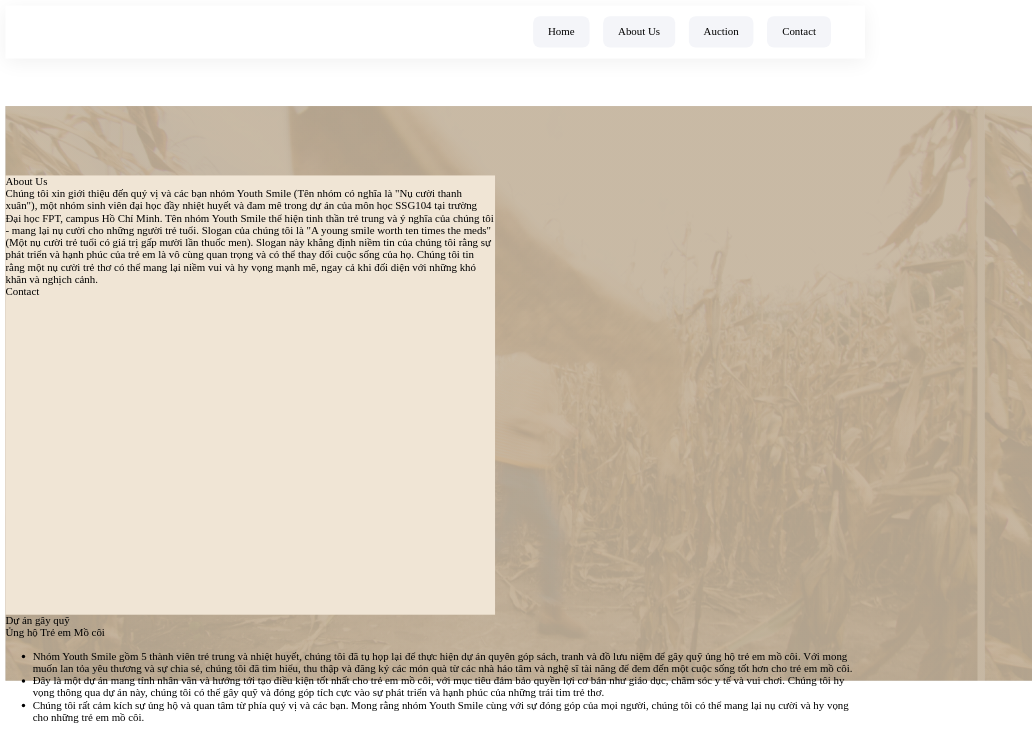
Repository: anatole24/Youth-Smile
Page: about.html
These files come from the project's save history. The page is drawn as it stood at one moment and after the next save; the edit follows.
The browser window is 1280 px wide. The page is 1518 px wide, so the pictures cover 1518 px, including what lies to the right of the window. The pictures show the whole page, at 68% of full size.
Some web fonts or font styles are not loaded; a fallback is used.

Above is the page before, as saved 2023-06-29 14:18:24.

### about.html
<!DOCTYPE html>
<head>
  <meta charset="UTF-8">
  <meta http-equiv="X-UA-Compatible" content="IE=edge">
  <meta name="viewport" content="width=device-width, initial-scale=1.0">
  <link rel="stylesheet" href="https://cdnjs.cloudflare.com/ajax/libs/font-awesome/6.4.0/css/all.min.css" integrity="sha512-iecdLmaskl7CVkqkXNQ/ZH/XLlvWZOJyj7Yy7tcenmpD1ypASozpmT/E0iPtmFIB46ZmdtAc9eNBvH0H/ZpiBw==" crossorigin="anonymous" referrerpolicy="no-referrer">
  <link rel="preconnect" href="https://fonts.googleapis.com">
  <link rel="preconnect" href="https://fonts.gstatic.com" crossorigin="">
  <link href="https://fonts.googleapis.com/css2?family=Dancing+Script&amp;family=Geologica&amp;family=Kaushan+Script&amp;family=Lobster&amp;family=Marck+Script&amp;family=Merienda&amp;family=Patrick+Hand&amp;family=Patrick+Hand+SC&amp;family=Playball&amp;family=Roboto&amp;family=Roboto+Condensed&amp;display=swap" rel="stylesheet">
  <link rel="stylesheet" href="header.css">
  <link rel="stylesheet" href="about.css">
  <title>About Us</title>
  <body>
    <div class="header">
      <div class="header_container">
        <div class="header_list"><a class="header_item" href="./index.html">Home</a><a class="header_item" href="./about.html">About Us</a><a class="header_item" href="./auction.html">Auction</a><a class="header_item" href="./contact.html">Contact</a></div>
      </div>
    </div>
    <section class="about">
      <div class="about-top">
        <div class="top-img"></div>
        <div class="top-left">
          <div class="left-title">About Us</div>
          <div class="left-content">Chúng tôi xin giới thiệu đến quý vị và các bạn nhóm Youth Smile (Tên nhóm có nghĩa là "Nụ cười thanh xuân"), một nhóm sinh viên đại học đầy nhiệt huyết và đam mê trong dự án của môn học SSG104 tại trường Đại học FPT, campus Hồ Chí Minh. Tên nhóm Youth Smile thể hiện tinh thần trẻ trung và ý nghĩa của chúng tôi - mang lại nụ cười cho những người trẻ tuổi. Slogan của chúng tôi là "A young smile worth ten times the meds" (Một nụ cười trẻ tuổi có giá trị gấp mười lần thuốc men). Slogan này khẳng định niềm tin của chúng tôi rằng sự phát triển và hạnh phúc của trẻ em là vô cùng quan trọng và có thể thay đổi cuộc sống của họ. Chúng tôi tin rằng một nụ cười trẻ thơ có thể mang lại niềm vui và hy vọng mạnh mẽ, ngay cả khi đối diện với những khó khăn và nghịch cảnh.</div><a class="left-button" href="./contact.html">Contact</a>
        </div>
        <div class="top-right"></div>
        <div class="top-image"></div>
      </div>
      <div class="about-center">
        <div class="center-img"></div>
        <div class="center-left"> </div>
        <div class="center-right">
          <div class="right-title">Dự án gây quỹ </div>
          <div class="right-title2">Ủng hộ Trẻ em Mồ côi</div>
          <div class="right-content">
            <ul>
              <li>Nhóm Youth Smile gồm 5 thành viên trẻ trung và nhiệt huyết, chúng tôi đã tụ họp lại để thực hiện dự án quyên góp sách, tranh và đồ lưu niệm để gây quỹ ủng hộ trẻ em mồ côi. Với mong muốn lan tỏa yêu thương và sự chia sẻ, chúng tôi đã tìm hiểu, thu thập và đăng ký các món quà từ các nhà hảo tâm và nghệ sĩ tài năng để đem đến một cuộc sống tốt hơn cho trẻ em mồ côi.</li>
              <li>Đây là một dự án mang tính nhân văn và hướng tới tạo điều kiện tốt nhất cho trẻ em mồ côi, với mục tiêu đảm bảo quyền lợi cơ bản như giáo dục, chăm sóc y tế và vui chơi. Chúng tôi hy vọng thông qua dự án này, chúng tôi có thể gây quỹ và đóng góp tích cực vào sự phát triển và hạnh phúc của những trái tim trẻ thơ.</li>
              <li>Chúng tôi rất cảm kích sự ủng hộ và quan tâm từ phía quý vị và các bạn. Mong rằng nhóm Youth Smile cùng với sự đóng góp của mọi người, chúng tôi có thể mang lại nụ cười và hy vọng cho những trẻ em mồ côi.</li>
            </ul>
          </div>
        </div>
      </div>
    </section>
  </body>
</head>

### header.css
:root {
  --primary-color: #c08d18bb;
}
body {
  overflow-x: hidden;
}
a {
  text-decoration: none;
  color: inherit;
}
button {
  cursor: pointer;
  outline: none;
  font: inherit;
  background-color: transparent;
  border: none;
}

.header {
  background-color: white;
  padding: 16px 0;
  box-shadow: 0px 6px 30px 0px rgba(15, 15, 15, 0.06);
  margin-bottom: 70px;
}
.header_container {
  margin: 0 auto;
}
.header_list {
  margin-right: 50px;
  display: flex;
  align-items: center;
  justify-content: flex-end;
  gap: 20px;
  flex-direction: row;
  flex-wrap: nowrap;
}
.header_item {
  padding: 14px 22px;
  border-radius: 10px;
  background-color: #f4f5f9;
  display: block;
  transition: background-color 0.2s linear, color 0.25s ease-in;
}
.header_item:hover {
  background-color: #c08d18bb;
  color: white;
}

### about.css
:root {
  --primary-color: #77472d;
  --second-color: #f0e5d5;
}
.top-img {
  width: 1510px;
  height: 845px;
  flex-shrink: 0;
  background: linear-gradient(
      0deg,
      rgba(234, 232, 218, 0.01) 0%,
      rgba(234, 232, 218, 0.01) 100%
    ),
    url("./images/a-back.png"), lightgray 50% / cover no-repeat;
}
.top-left {
  width: 720px;
  height: 646px;
  margin-top: -743px;
  flex-shrink: 0;
  background: #f0e5d5;
}

After the next save:
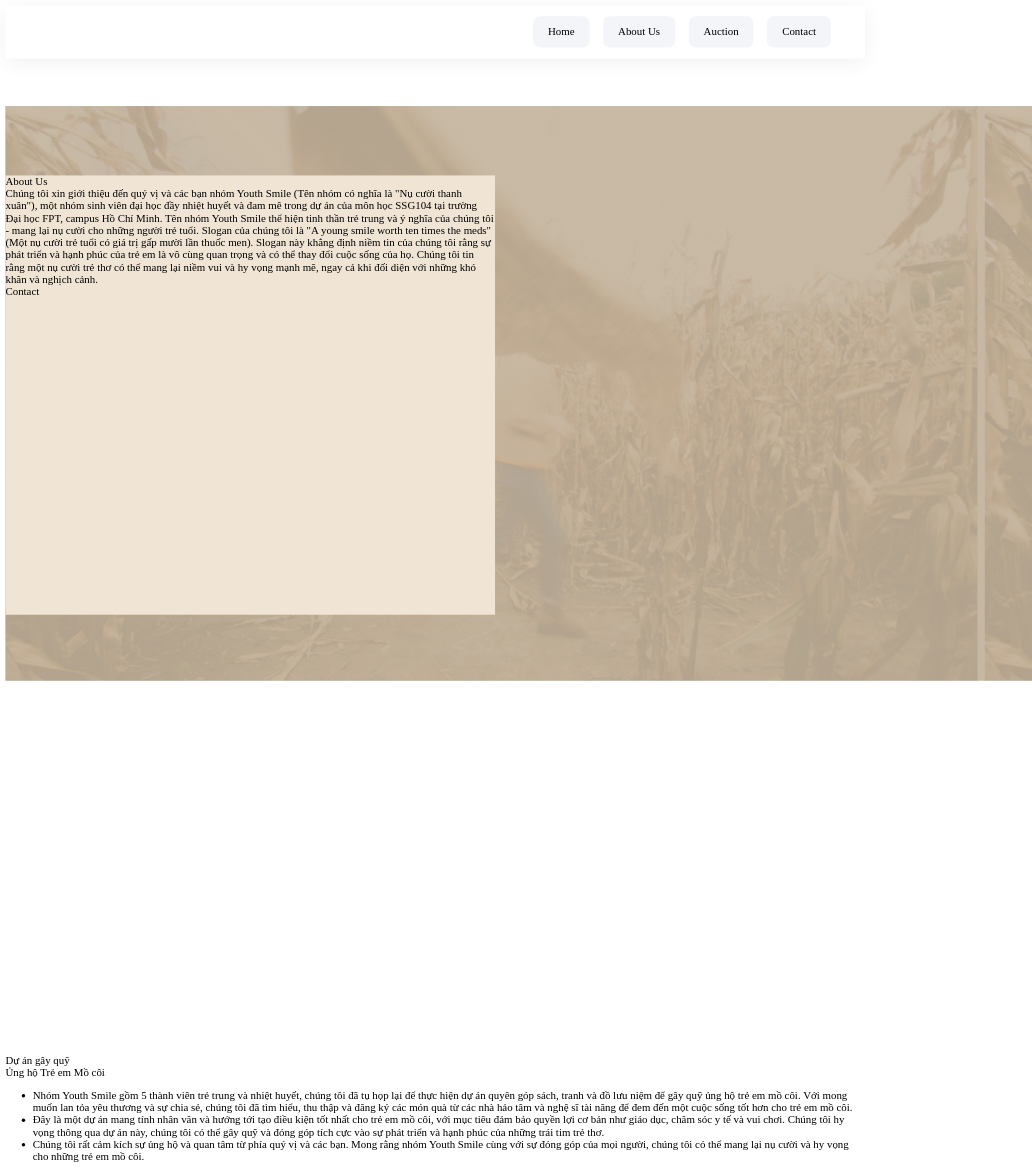
Saved 36 s later.
--- a/about.css
+++ b/about.css
@@ -20,3 +20,8 @@
   flex-shrink: 0;
   background: #f0e5d5;
 }
+.top-right {
+  width: 718px;
+  height: 646px;
+  flex-shrink: 0;
+}
